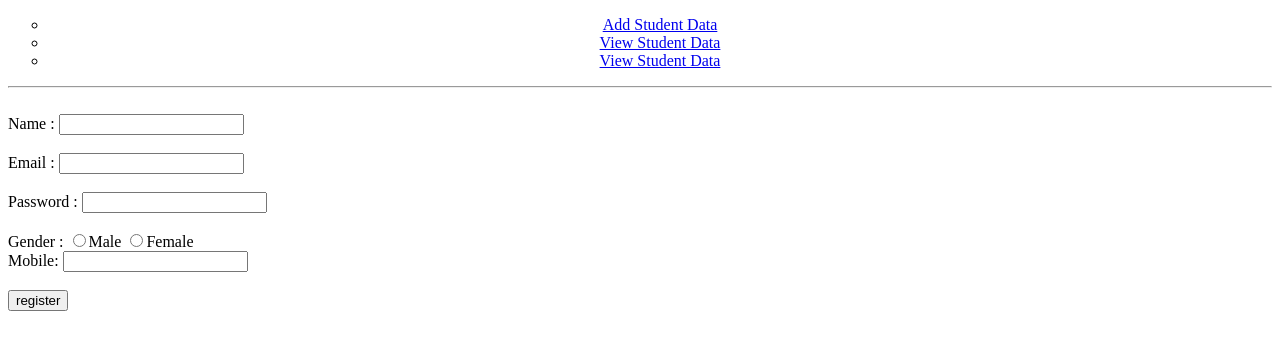
Repository: KrishMoradiya/Aixtor-Training-Projects-Backup
Page: http://localhost/CRUD_Student/Signin.jsp
These files come from the project's save history. The page is drawn as it stood at one moment and after a run of saves; the edit follows.
The browser window is 1280 px wide. The pictures show the whole page.
The page is served by Tomcat 10. Nobody is signed in. The application's start-up code is not run. Other server files are loaded and not shown.

Above is the page before, as saved 2023-12-21 11:24:00.

### Workspace - Eclipse Enterprise Edition/CRUD_Student/src/main/webapp/Signin.jsp
<%@ page language="java" contentType="text/html; charset=UTF-8"
    pageEncoding="UTF-8"%>
<!DOCTYPE html PUBLIC "-//W3C//DTD HTML 4.01 Transitional//EN" "http://www.w3.org/TR/html4/loose.dtd">
<html>
<head>
<meta http-equiv="Content-Type" content="text/html; charset=UTF-8">
<title>Signin Page</title>
</head>
<body>
<jsp:include page="header.jsp"></jsp:include>
	<div class="container">
		<form action="Register" method="Post">
			Name : <input type="text" name="name" /> <br /> <br />
			Email : <input type="email" name="email" /> <br /> <br />
			Password : <input type="password" name="password" /> <br /> <br />
			Gender : <input	type="radio" name="gender" value="Male" />Male <input type="radio" name="gender" value="Female" />Female<br />
			Mobile: <input type="text" name="mobile" /> <br /> <br />
			<input type="submit" value="register">
		</form>
	</div>
</body>
</html>

### Workspace - Eclipse Enterprise Edition/CRUD_Student/src/main/webapp/header.jsp
<%@ page language="java" contentType="text/html; charset=UTF-8"
    pageEncoding="UTF-8"%>
<!DOCTYPE html PUBLIC "-//W3C//DTD HTML 4.01 Transitional//EN" "http://www.w3.org/TR/html4/loose.dtd">
<html>
<head>
<meta http-equiv="Content-Type" content="text/html; charset=UTF-8">
<title>Insert title here</title>
</head>
<body>
	<center>
		<ul type="circle">
			<li><a href="Register.jsp">Add Student Data</a></li>
			<li><a href="/CRUD_Student/GetStudentData">View Student Data</a></li>
			<li><a href="/CRUD_Student/GetStudentData">View Student Data</a></li>
		</ul>
		<hr><br>
	</center>
</body>
</html>

After the next 2 saves:
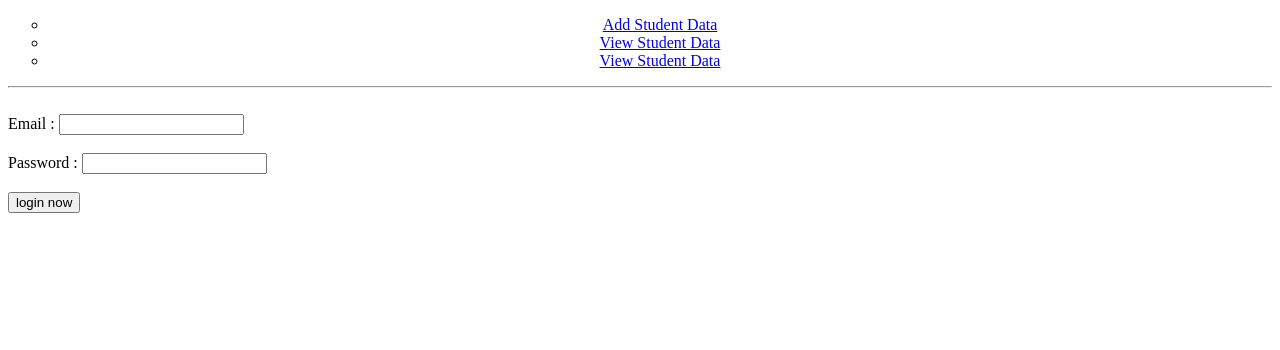
The 2 saves are shown as one change because they came seconds apart.
The last was saved 39 s later.
--- a/Workspace - Eclipse Enterprise Edition/CRUD_Student/src/main/webapp/Signin.jsp
+++ b/Workspace - Eclipse Enterprise Edition/CRUD_Student/src/main/webapp/Signin.jsp
@@ -10,12 +10,10 @@
 <jsp:include page="header.jsp"></jsp:include>
 	<div class="container">
 		<form action="Register" method="Post">
-			Name : <input type="text" name="name" /> <br /> <br />
+
 			Email : <input type="email" name="email" /> <br /> <br />
 			Password : <input type="password" name="password" /> <br /> <br />
-			Gender : <input	type="radio" name="gender" value="Male" />Male <input type="radio" name="gender" value="Female" />Female<br />
-			Mobile: <input type="text" name="mobile" /> <br /> <br />
-			<input type="submit" value="register">
+			<input type="submit" value="login now">
 		</form>
 	</div>
 </body>
